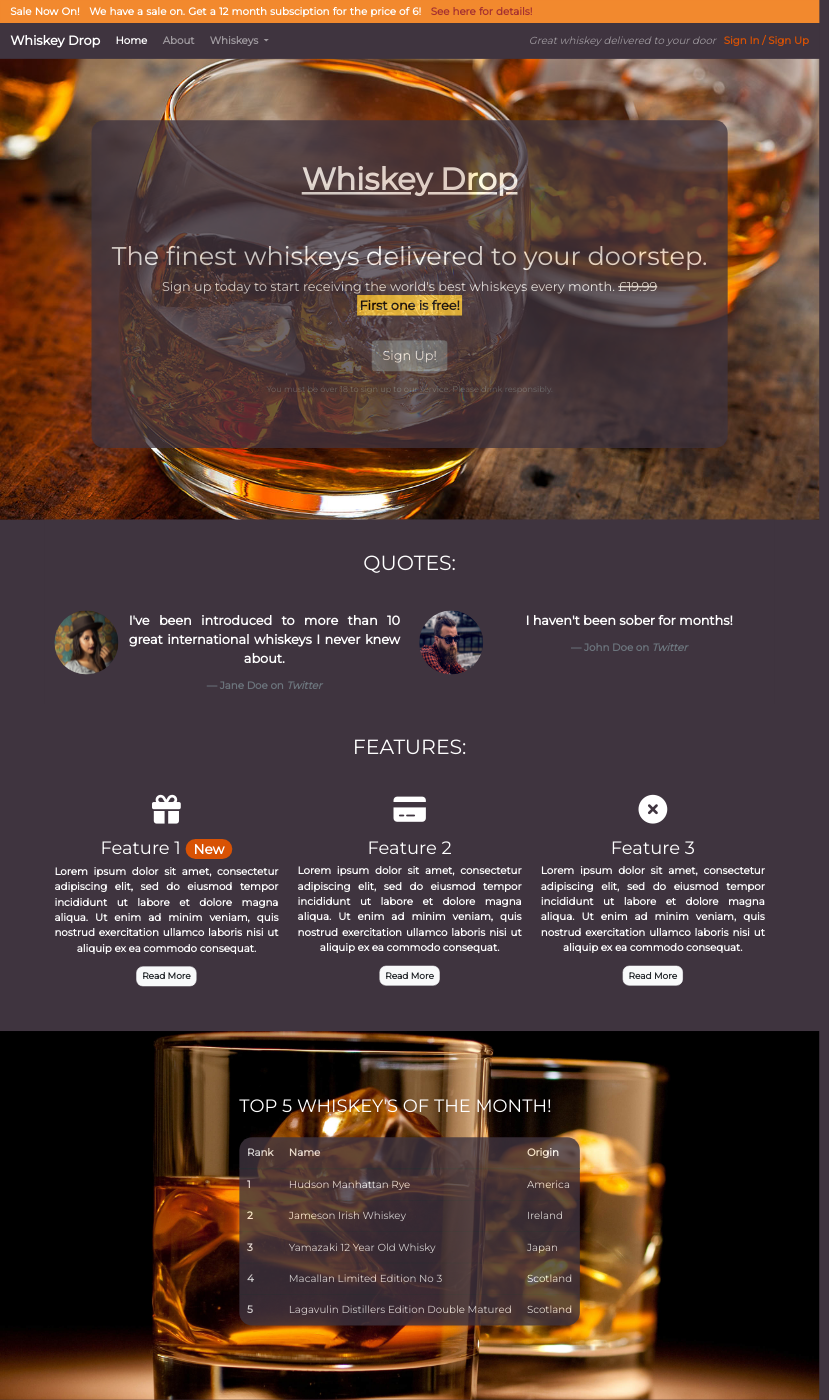
Repository: ClaireRoberts1403/Whiskey-Drop
Page: index.html
The author's editor kept a record of every edit. The page is drawn from the files as they stood at one moment, then again after the next edit.
The browser window is 1280 px wide. The page is 1295 px wide, so the pictures cover 1295 px, including what lies to the right of the window. The pictures show the whole page, at 64% of full size.
Backgrounds fixed to the window are drawn as part of the page. Some web libraries are served in a nearby version.

Above is the page before.

### index.html
<!DOCTYPE html>
<html lang="en-us">

<head>
    <meta charset="utf-8">
    <meta name="viewport" content="width=device-width, initial-scale=1.0">
    <title>Whiskey Drop | Taste a new whiskey every month</title>
    <link rel="stylesheet" href="https://maxcdn.bootstrapcdn.com/bootstrap/4.1.3/css/bootstrap.min.css">
    <script src="https://kit.fontawesome.com/90ed803b97.js" crossorigin="anonymous"></script>
    <link href="https://fonts.googleapis.com/css?family=Montserrat&display=swap" rel="stylesheet">
    <link rel="stylesheet" href="CSS/style.css" type="text/css" />
</head>

<body>
    <!--Nav-->
    <div class="container-fluid navalert-container">
        <div class="container-fluid alert-container">
            <div class="row d-none d-sm-block">
                <div class="col-12">
                    <div class="alert alert-warning">
                        <strong>Sale Now On!</strong>&nbsp&nbsp We have a sale on. Get a 12 month subsciption for the price of 6! &nbsp <a class="a1" href="">See here for details!</a>
                    </div>
                </div>
            </div>
            <nav class="navbar navbar-dark navbar-expand-sm bg-dark">
                <a href="/" class="navbar-brand">Whiskey Drop</a>
                <button class="navbar-toggler ml-auto" type="button" data-toggle="collapse" data-target="#navbarNavDropdown" aria-controls="navbarNavDropdown" aria-expanded="false" aria-label="Toggle navigation">
        <span class="navbar-toggler-icon"></span></button>

                <div class="collapse navbar-collapse" id="navbarNavDropdown">
                    <ul class="navbar-nav mr-auto">
                        <li class="active nav-item mr-2"><a class="nav-link" href="/">Home</a></li>
                        <li class="nav-item mr-2"><a class="nav-link" href="">About</a></li>
                        <li class="nav-item dropdown">
                            <a class="nav-link dropdown-toggle" href="#" id="navbarDropdownMenuLink" role="button" data-toggle="dropdown" aria-haspopup="true" aria-expanded="false">
                        Whiskeys
                        </a>
                            <div class="dropdown-menu" aria-labelledby="navbarDropdownMenuLink">
                                <a class="dropdown-item" href="#">Irish</a>
                                <a class="dropdown-item" href="#">Scotch</a>
                                <a class="dropdown-item" href="#">Japanese</a>
                                <a class="dropdown-item" href="#">American</a>

                        </li>
                        <li class="nav-item mr-2 d-block d-sm-none"><a class="nav-link" href="">Sign In / Sign Up</a></li>
                    </ul>
                    </div>
                    <div class="d-none d-md-none d-lg-block">
                        <p class="navbar-text my-auto mr-2"><i>Great whiskey delivered to your door</i></p>
                        <a class="a" href="/login">Sign In / Sign Up</a>
                    </div>
            </nav>
            <!--</nav>-->

            </div>
            <!-- Callout -->
            <div class="container-fluid callout-container">
                <div class="row">
                    <div class="col-12">
                        <section class="jumbotron text-center">
                            <h1 class="jumbotron-header1">Whiskey Drop<br><br></h1>
                            <h1 class="jumbotron-header">The finest whiskeys delivered to your doorstep.</h1>
                            <p class="lead">Sign up today to start receiving the world's best whiskeys every month.
                                <s class="d-none d-sm-inline">£19.99</s>
                                <span class="d-inline d-sm-none"><br></span>
                                <br><strong><mark>First one is free!</mark></strong></p><br>
                            <p>
                                <button class="btn btn-lg btn-secondary" data-toggle="modal" data-target="#signUpModal">
                        Sign Up!
                        </button>
                            </p>
                            <p class="text-muted"><small>You must be over 18 to sign up to our service. Please drink responsibly.</small>
                            </p>
                        </section>
                    </div>
                </div>
            </div>
            <!-- /.callout -->

            <!-- Quotes -->
            <div class="container quotes-container">
                <section class="quotes">
                    <div class="row">
                        <div class="col-12 my-5">
                            <h2 class="text-uppercase">Quotes:</h2>
                        </div>
                    </div>
                    <div class="row ">
                        <div class="col-12 col-md-6">
                            <div class="media">
                                <div class="d-none d-sm-block">
                                    <img src="images/girl-image.png" class="rounded-circle mr-3" height=100 width=100>
                                </div>
                                <div class="media-body">
                                    <blockquote class="blockquote">
                                        <p>I've been introduced to more than 10 great international whiskeys I never knew about.</p>
                                        <footer class="blockquote-footer">Jane Doe on <cite title="Twitter">Twitter</cite></footer>
                                    </blockquote>
                                </div>
                            </div>
                        </div>
                        <div class="col-12 col-md-6">
                            <div class="media">
                                <div class="d-none d-sm-block">
                                    <img src="images/guy-image.png" class="rounded-circle mr-3" height=100 width=100>
                                </div>
                                <div class="media-body">
                                    <blockquote class="blockquote">
                                        <p>I haven't been sober for months!</p>
                                        <footer class="blockquote-footer">John Doe on <cite title="Twitter">Twitter</cite></footer>
                                    </blockquote>
                                </div>
                            </div>
                        </div>
                    </div>
                </section>

            </div>
            <!-- /.quotes -->

            <!-- Features -->
            <div class="container features-container">
                <section class="features">
                    <div class="row">
                        <div class="col-12 my-5">
                            <h2 class="text-uppercase">Features:</h2>
                        </div>
                    </div>
                    <div class="row">
                        <div class="col-12 col-md-6 col-lg-4">
                            <div class="feature ">
                                <h3><i class="fas fa-gift d-none d-sm-block"></i>Feature 1&nbsp<span class="badge badge-pill badge-secondary">New</span></h3>
                                <p>Lorem ipsum dolor sit amet, consectetur adipiscing elit, sed do eiusmod tempor incididunt ut labore et dolore magna aliqua. Ut enim ad minim veniam, quis nostrud exercitation ullamco laboris nisi ut aliquip ex ea commodo
                                    consequat.</p>
                                <p><a class="btn btn-sm btn-light " href="#">Read More</a></p>
                            </div>
                        </div>
                        <div class="col-12 col-md-6 col-lg-4 ">
                            <div class="feature">
                                <h3><i class="fas fa-credit-card d-none d-sm-block"></i>Feature 2</h3>
                                <p>Lorem ipsum dolor sit amet, consectetur adipiscing elit, sed do eiusmod tempor incididunt ut labore et dolore magna aliqua. Ut enim ad minim veniam, quis nostrud exercitation ullamco laboris nisi ut aliquip ex ea commodo
                                    consequat.</p>
                                <p><a class="btn btn-sm btn-light" href="#">Read More</a></p>
                            </div>
                        </div>
                        <div class="col-12 d-md-none d-lg-block col-lg-4">
                            <div class="feature">
                                <h3><i class="fas fa-times-circle d-none d-sm-block"></i>Feature 3</h3>
                                <p>Lorem ipsum dolor sit amet, consectetur adipiscing elit, sed do eiusmod tempor incididunt ut labore et dolore magna aliqua. Ut enim ad minim veniam, quis nostrud exercitation ullamco laboris nisi ut aliquip ex ea commodo
                                    consequat.</p>
                                <p><a class="btn btn-sm btn-light" href="#">Read More</a></p>
                            </div>
                        </div>
                    </div>
                </section>
            </div>

            <!-- /Features -->
            <br>
            <!-- Favourites -->
            <div class="container-fluid favourites-container">
                <div class="row">
                    <div class="col-12 my-5">
                        <section>
                            <table class="table table-dark">
                                <thead>
                                    <h3 class="text-uppercase">Top 5 Whiskey's of the Month!</h3>
                                    <br>
                                    <tr>
                                        <th scope="col">Rank</th>
                                        <th scope="col">Name</th>
                                        <th scope="col">Origin</th>
                                    </tr>
                                </thead>
                                <tbody>
                                    <tr>
                                        <th scope="row">1</th>
                                        <td>Hudson Manhattan Rye</td>
                                        <td>America</td>
                                    </tr>
                                    <tr>
                                        <th scope="row">2</th>
                                        <td>Jameson Irish Whiskey</td>
                                        <td>Ireland</td>
                                    </tr>
                                    <tr>
                                        <th scope="row">3</th>
                                        <td>Yamazaki 12 Year Old Whisky</td>
                                        <td>Japan</td>
                                    </tr>
                                    <tr>
                                        <th scope="row">4</th>
                                        <td>Macallan Limited Edition No 3</td>
                                        <td>Scotland</td>
                                    </tr>
                                    <tr>
                                        <th scope="row">5</th>
                                        <td>Lagavulin Distillers Edition Double Matured</td>
                                        <td>Scotland</td>
                                    </tr>
                                </tbody>
                            </table>
                        </section>
                    </div>
                </div>
            </div>
            <!-- /Favourites -->


            <!-- Modal -->
            <div class="modal" tabindex="-1" role="dialog" id="signUpModal">
                <div class="modal-dialog " role="document">
                    <div class="modal-content">
                        <div class="modal-header">
                            <h5 class="modal-title">Sign Up to Whiskey Drop!</h5>
                            <button type="button" class="close" data-dismiss="modal" aria-label="Close">
          <span aria-hidden="true">&times;</span>
        </button>
                        </div>
                        <div class="modal-body">
                            <p>
                                <form>
                                    <div class="form-group">
                                        <label for="exampleInputEmail1">Email address</label>
                                        <input type="email" class="form-control" id="exampleInputEmail1" aria-describedby="emailHelp" placeholder="Enter email">
                                        <small id="emailHelp" class="form-text text-muted">We'll never share your email with anyone else.</small>
                                    </div>
                                    <div class="form-group">
                                        <label for="password">Password</label>
                                        <input type="password" class="form-control" id="password" placeholder="Password">
                                    </div>
                                    <div class="form-group">
                                        <label for="repeatPassword">Repeat Password</label>
                                        <input type="password" class="form-control" id="repeatPassword" placeholder="Repeat Password">
                                    </div>
                                    <button type="submit" class="btn btn-secondary">Submit</button>
                                </form>
                            </p>
                        </div>
                    </div>
                </div>
            </div>
            <!-- /Modal -->
</body>
<script src="https://code.jquery.com/jquery-3.3.1.slim.min.js " integrity="sha384-q8i/X+965DzO0rT7abK41JStQIAqVgRVzpbzo5smXKp4YfRvH+8abtTE1Pi6jizo " crossorigin="anonymous "></script>
<script src="https://cdnjs.cloudflare.com/ajax/libs/popper.js/1.14.7/umd/popper.min.js " integrity="sha384-UO2eT0CpHqdSJQ6hJty5KVphtPhzWj9WO1clHTMGa3JDZwrnQq4sF86dIHNDz0W1 " crossorigin="anonymous "></script>
<script src="https://stackpath.bootstrapcdn.com/bootstrap/4.3.1/js/bootstrap.min.js " integrity="sha384-JjSmVgyd0p3pXB1rRibZUAYoIIy6OrQ6VrjIEaFf/nJGzIxFDsf4x0xIM+B07jRM " crossorigin="anonymous "></script>

</html>

### CSS/style.css
body {
    font-family: 'Montserrat', sans-serif;
    background-color: #3F343F;
    margin-top: 2em;
}

/* Nav */

.navbar {
    background-color: #3F343F!important;
}

.a {
    color: #D85204;
    text-decoration: none;
    background-color: transparent;
    font-weight: bold;
}

.a1 {
    color: #A53131;
    text-decoration: none;
    background-color: transparent;
    font-weight: bold;
}

.a1:hover {
    color: #D85204;
}

.a:hover {
    color: #F24C26;
}

.navbar-brand {
    font-weight: bold;
}

.navalert-container {
    position: absolute;
    top: 0;
    left: 0;
    z-index: 1;
    padding-left: 0;
    padding-right: 0;
}

.navbar {
    margin-bottom: 0;
    width: 100%;
    background-color: #3F343F;
    border: 0;
}

.navbar .navbar-toggler {
    border: 0;
}

.navbar .navbar-brand {
    font-weight: bold;
}

.navbar .navbar-nav a {
    font-weight: bold;
}

.dropdown-item {
    color: #3F343F;
}

.dropdown-item:hover {
    background-color: #D6C9C1;
}


/* Containers */

.alert-container {
    padding: 0;
}

.alert-warning {
    border-radius: 0;
    margin-bottom: 0;
    padding: 5px 15px;
    background-color: #F2892E;
    border-color: #F2892E;
    color: white;
    font-weight: bold;
    word-spacing: 0.05em;
}

.callout-container {
    height: 100vh;
    background: url('../images/bourbon-on-the-rocks.jpg') no-repeat center center fixed;
    -webkit-background-size: cover;
    -moz-background-size: cover;
    -o-background-size: cover;
    background-size: cover;

    display: flex;
    align-items: center;
    justify-content: center;

    position: relative;
}


.callout-container .mark, mark {
    background-color: #ffce3b;
    font-weight: bold;
}


.quotes-container {
    background-color: #3F343F;
    color: white;
    font-weight: bold;
    background-size: cover;
    display: flex;
    align-items: center;
    justify-content: center;
    text-align-last: center;
    text-align: justify;
    position: relative;

}

.features-container {
    color: white;
    font-weight: bold;
    text-align-last: center;
    text-align: justify;
}


/* Features*/

.features .btn {
    border-radius: 10px;
    font-weight: bold;
}

.feature i {
    margin-bottom: 20px;
    font-size: 45px;
    line-height: 45px;
}

.badge-secondary {
    background-color: #D85204;
}

/* Block dividers */

.block-divider {
    width: 75px;
    height: 5px;
    border: 0;
    background-color: #D85204;
}



/* Favourites */

.favourites-container {
    margin-top: 30px;
    display: flex;
    align-items: center;
    justify-content: center;
    height: 80vh;
    color: white;
    background: url('../images/whisky-glass.jpg') no-repeat center center fixed;
    -webkit-background-size: cover;
    -moz-background-size: cover;
    -o-background-size: cover;
    background-size: cover;

}

.table-dark {
    background-color: #3F343F;
    opacity: 0.8;
    border-radius: 20px;
    border-color: transparent;
    border: hidden;
}

/* Jumbotron */

.jumbotron {
    background-color: #3F343F;
    opacity: 0.75;
    margin-top: 1em;
    border-radius: 20px;
    color: white;
}

@media (max-width:430px) {
    .jumbotron {
        margin-top: 10%;
    }
}

@media (max-width:417px){
    .jumbotron {
        margin-top: 30%;
    }
}


.jumbotron text-center jumbotron-header {
    color: white;
    font-weight: bold;
    margin-bottom: 30px;
}

.jumbotron-header1 {
    color: white;
    font-weight: bolder;
    text-shadow: 2px 2px 2px #3F343F;
    font-size: 3em;
    text-decoration: underline;
}

@media (min-width:760px) {

    .jumbotron:hover {
        font-size: 1.5em;
        transition-duration: 2s;
        transition-timing-function: ease-in-out;
        opacity: 0.85;
    }

}

After the next edit:
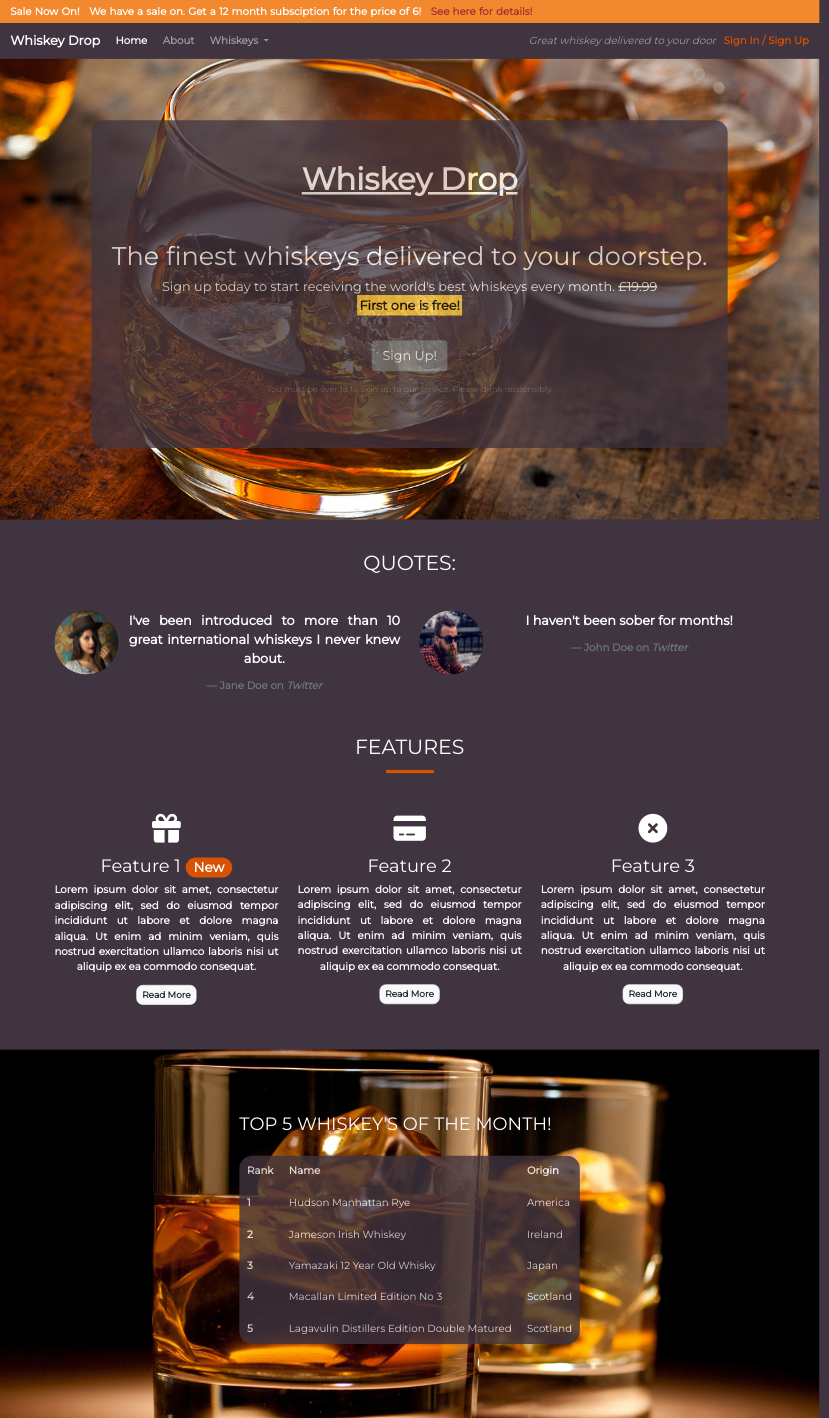
The edit:
--- a/index.html
+++ b/index.html
@@ -123,7 +123,8 @@
                 <section class="features">
                     <div class="row">
                         <div class="col-12 my-5">
-                            <h2 class="text-uppercase">Features:</h2>
+                            <h2 class="text-uppercase">Features</h2>
+                            <hr class="block-divider">
                         </div>
                     </div>
                     <div class="row">
